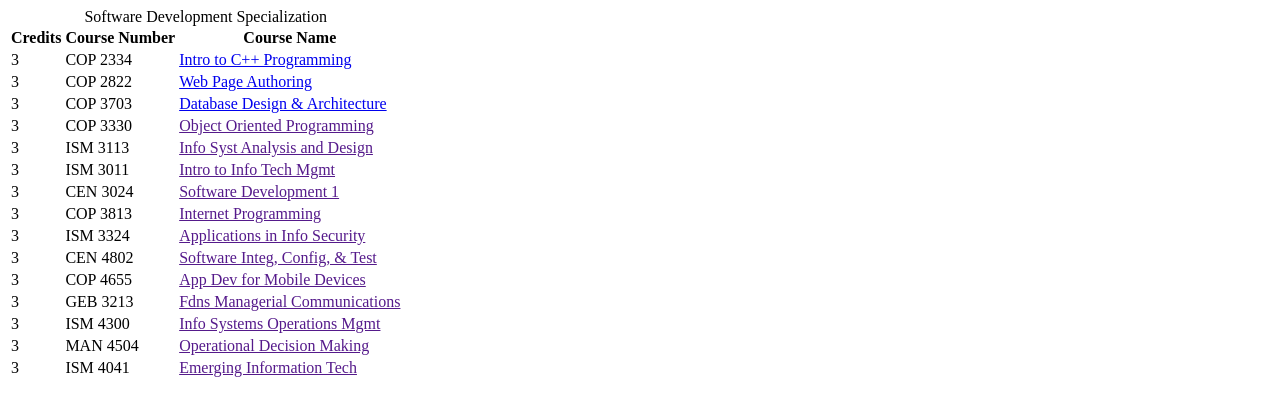
Repository: mlmEFSC21/P3-DegreeSpecializationTable
Page: index.html
The author's editor kept a copy of each file at every save. The page is drawn from the files as they stood at one save, then again after the next save.
The browser window is 1280 px wide. The pictures show the whole page.

Above is the page before, as saved 2022-02-01 19:59:24.

After the next save:
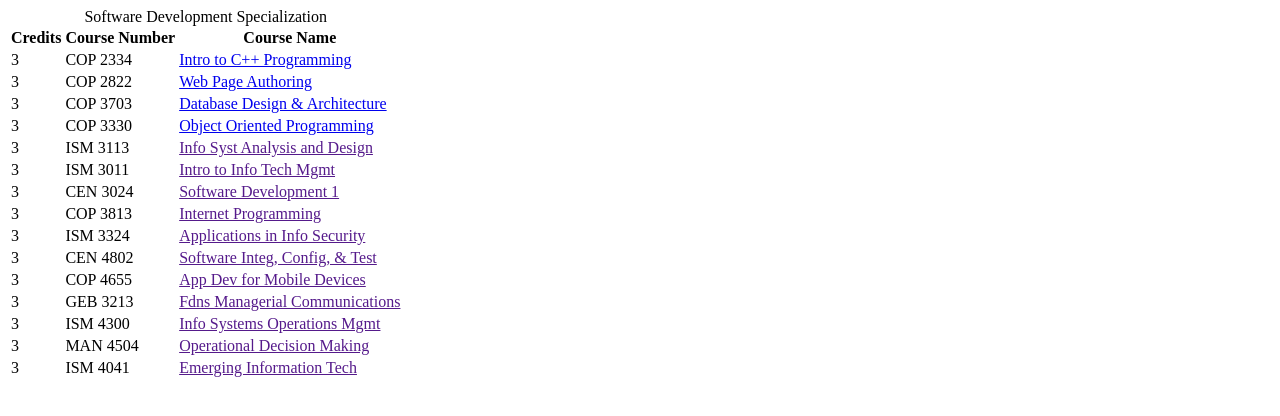
Saved 30 s later.
--- a/index.html
+++ b/index.html
@@ -49,7 +49,12 @@
             <tr>
                 <td>3</td>
                 <td>COP 3330</td>
-                <td><a href="">Object Oriented Programming</a></td>
+                <td>
+                    <a
+                        href="https://bannerweb.easternflorida.edu/prod/bwckctlg.p_disp_course_detail?cat_term_in=202210&subj_code_in=COP&crse_numb_in=3330"
+                        >Object Oriented Programming</a
+                    >
+                </td>
             </tr>
             <tr>
                 <td>3</td>
